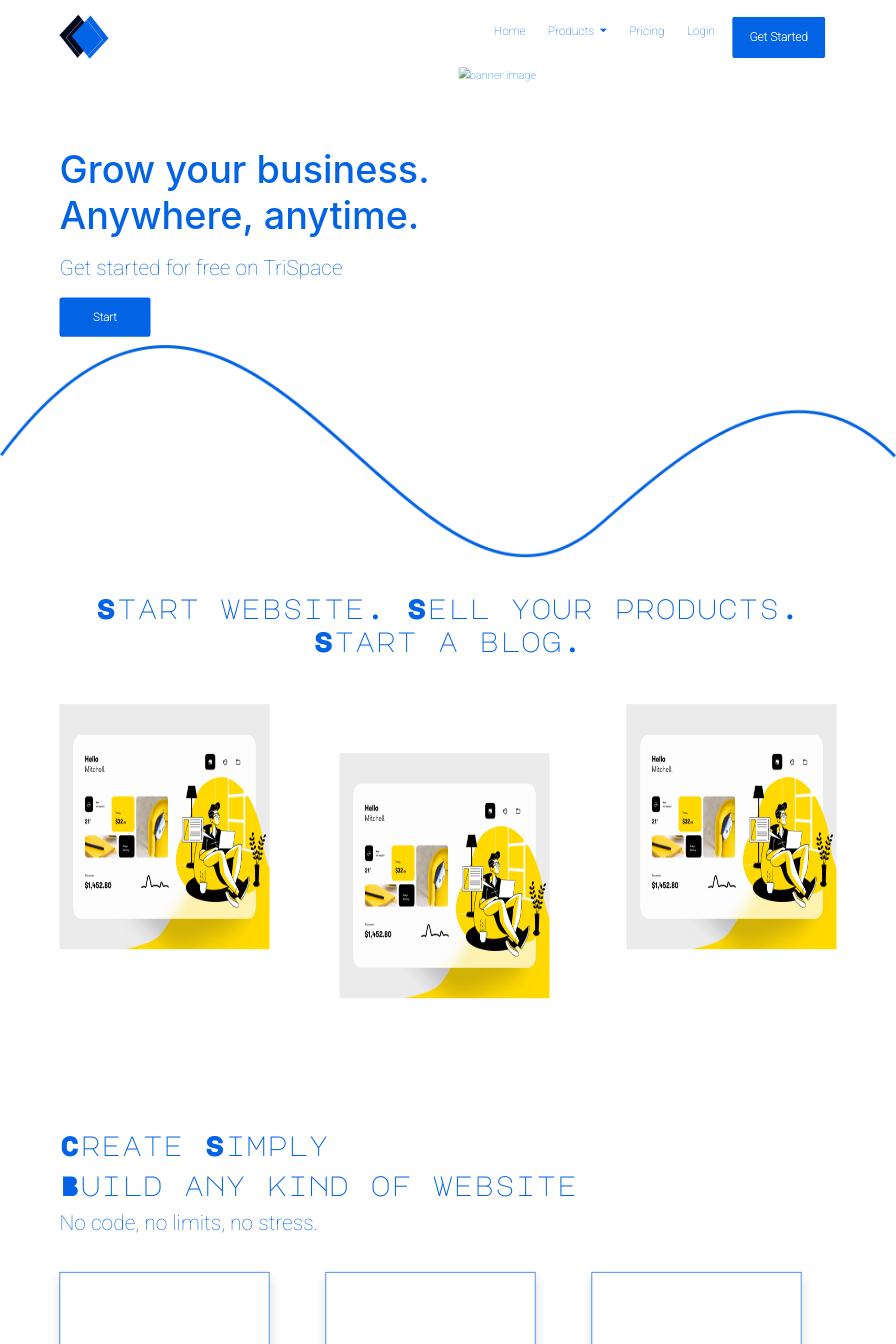
Repository: latenightsnacc/TriSpace
Page: HTML/index.html
An editor plug-in stored every save of this project. The page is shown before and after the next save, followed by the edit.
The browser window is 1280 px wide. The pictures show the part of the page from y = 0 to 1920 px (the page is 5158 px tall), at 70% of full size.
The style sheet was rebuilt from its Sass, Less or Tailwind sources for each picture, by a compiler version that may differ from the author's.

Above is the page before, as saved 2020-11-12 11:18:22.

After the next save:
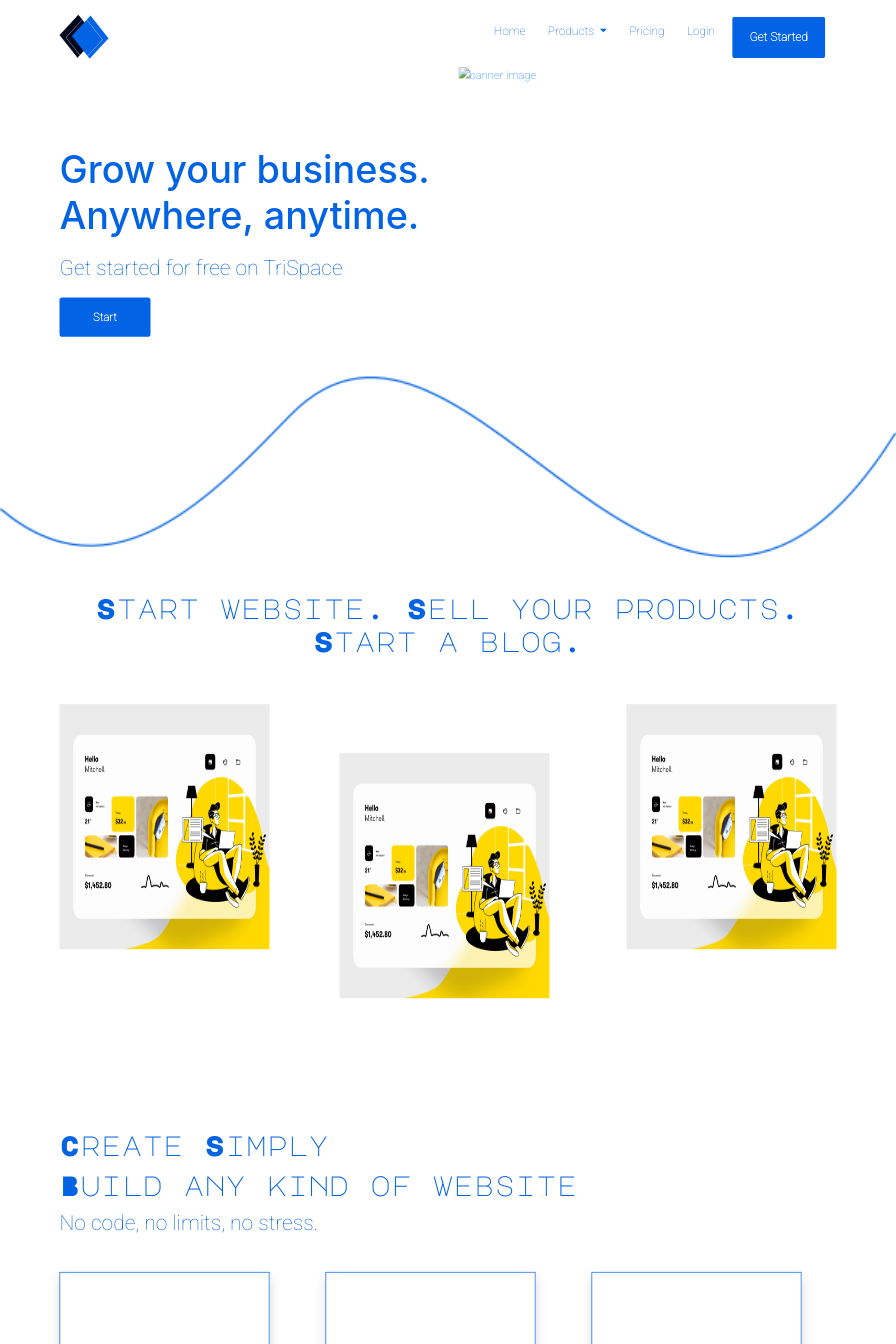
Saved 2 min 19 s later.
--- a/HTML/styles/stylesheet.scss
+++ b/HTML/styles/stylesheet.scss
@@ -43,7 +43,7 @@ a.btn {
 
 }
 section#banner {
-    background: url('/HTML/assets/line.png') ;
+    background: url('/HTML/assets/WavyL.png') ;
     background-size: contain;
     background-repeat: no-repeat;
     background-position: bottom;
